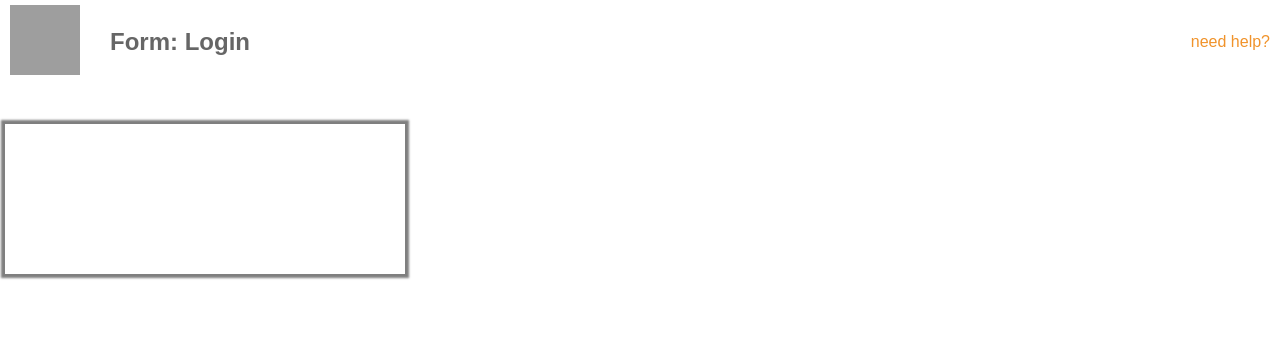
Repository: NguyenDucHung20002/project-homev1
Page: checkout/checkout.html
An editor plug-in stored every save of this project. The page is shown before and after the next save, followed by the edit.
The browser window is 1280 px wide. The pictures show the whole page.
Pictures or frames that could not be fetched are drawn as grey boxes. The style sheet was rebuilt from its Sass, Less or Tailwind sources for each picture, by a compiler version that may differ from the author's.

Above is the page before, as saved 2022-09-20 09:12:59.

After the next save:
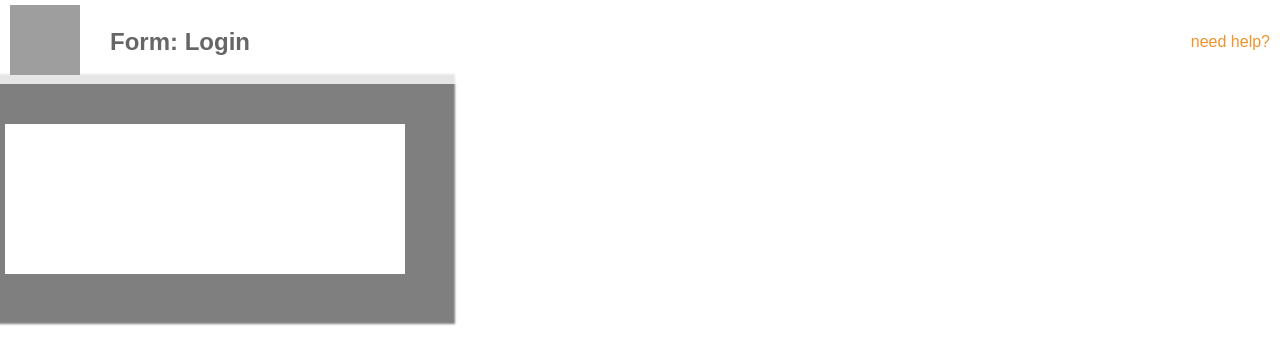
Saved 6 s later.
--- a/checkout/checkout.scss
+++ b/checkout/checkout.scss
@@ -54,7 +54,7 @@ header {
     .thank-you {
       width: 400px;
       height: 150px;
-      box-shadow: 0px 0px 2px 4px rgba(0, 0, 0, 0.5);
+      box-shadow: 0px 0px 2px 50px rgba(0, 0, 0, 0.5);
     }
   }
 }
